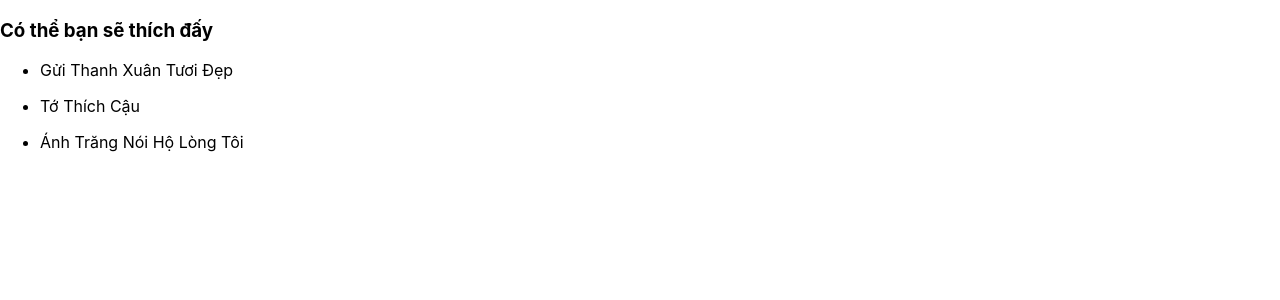
Repository: thanhnhan20298/reactjs
Page: /
These files come from the project's save history. The page is drawn as it stood at one moment and after the next save; the edit follows.
The browser window is 1280 px wide. The pictures show the whole page.
The project was rebuilt for these pictures with package versions that can differ from the ones it lists, and the page was loaded fresh each time. Also part of the build but not shown: src/features/Album/components/AlbumList/style.scss.

Above is the page before, as saved 2021-08-26 17:17:59.

### src/App.js

import AlbumFeature from './features/Album';
// import TodoFeature from './features/Todo';

function App() {
  return (
    <div className="App">
      {/* <TodoFeature/> */}
      <AlbumFeature/>
    </div>
  );
}

export default App;

### src/features/Album/index.jsx
import React from 'react';

import AlbumList from './components/AlbumList';

AlbumFeature.propTypes = {

};

function AlbumFeature(props) {
    const albumList =[
        {
            id:1,
            name:"Gửi Thanh Xuân Tươi Đẹp",
            thumnailUrl:"https://photo-resize-zmp3.zadn.vn/w320_r1x1_jpeg/cover/4/3/f/e/43fe7973194a531e9549ea221e2075a3.jpg"
        },
        {
            id:1,
            name:"Tớ Thích Cậu",
            thumnailUrl:"https://photo-resize-zmp3.zadn.vn/w320_r1x1_jpeg/cover/a/4/7/7/a477d74a30fa4e7a4df41d5d2a26f53d.jpg"
        },
        {
            id:1,
            name:"Ánh Trăng Nói Hộ Lòng Tôi",
            thumnailUrl:"https://photo-resize-zmp3.zadn.vn/w320_r1x1_jpeg/cover/c/4/0/4/c404ef2a14065124599ee3df2eb88954.jpg"
        },
    ]
    return (
        <div>
            <h3>Có thể bạn sẽ thích đấy</h3>
            <AlbumList albumList={albumList}/>
        </div>
    );
}

export default AlbumFeature;

### src/features/Album/components/AlbumList/index.jsx
import React from 'react';
import PropTypes from 'prop-types';
import AlbumItem from '../AlbumItem';
import "./style.scss"
AlbumList.propTypes = {
    albumList:PropTypes.array.isRequired,
};

function AlbumList({albumList}) {
    return (
        <ul>
            {albumList.map(album =>(
                <li key={album.id}>
                    <AlbumItem album ={album}/>
                </li>
            ))}
        </ul>
    );
}

export default AlbumList;

### src/features/Album/components/AlbumItem/index.jsx
import React from 'react';
import PropTypes from 'prop-types';

AlbumItem.propTypes = {
    album:PropTypes.object.isRequired
};

function AlbumItem({album}) {
    return (
        <div className="album">
            <p>
                {album.name}
            </p>
        </div>
    );
}

export default AlbumItem;

Loaded but not shown: public/index.html (common file); src/index.js (common file); src/index.css (common file); src/reportWebVitals.js (common file)

After the next save:
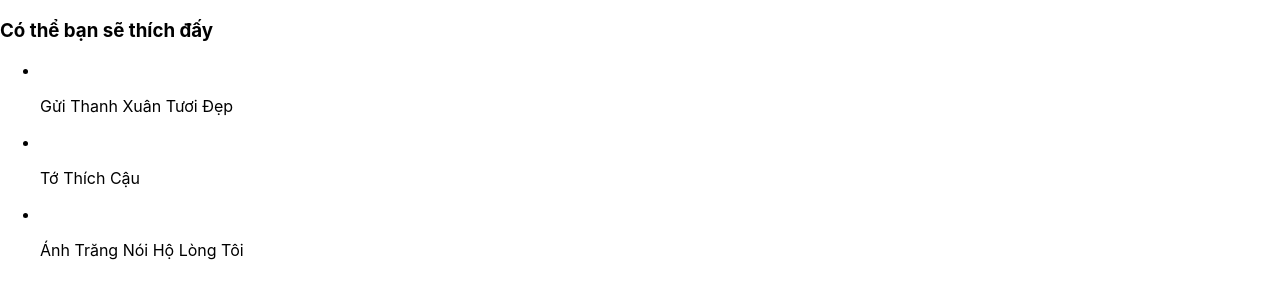
Saved 3 min 31 s later.
--- a/src/features/Album/components/AlbumItem/index.jsx
+++ b/src/features/Album/components/AlbumItem/index.jsx
@@ -8,9 +8,10 @@ AlbumItem.propTypes = {
 function AlbumItem({album}) {
     return (
         <div className="album">
-            <p>
-                {album.name}
-            </p>
+            <div>
+                <img src ={album.thumnails}/>
+            </div>
+            <p className="album__name">{album.name}</p>
         </div>
     );
 }
